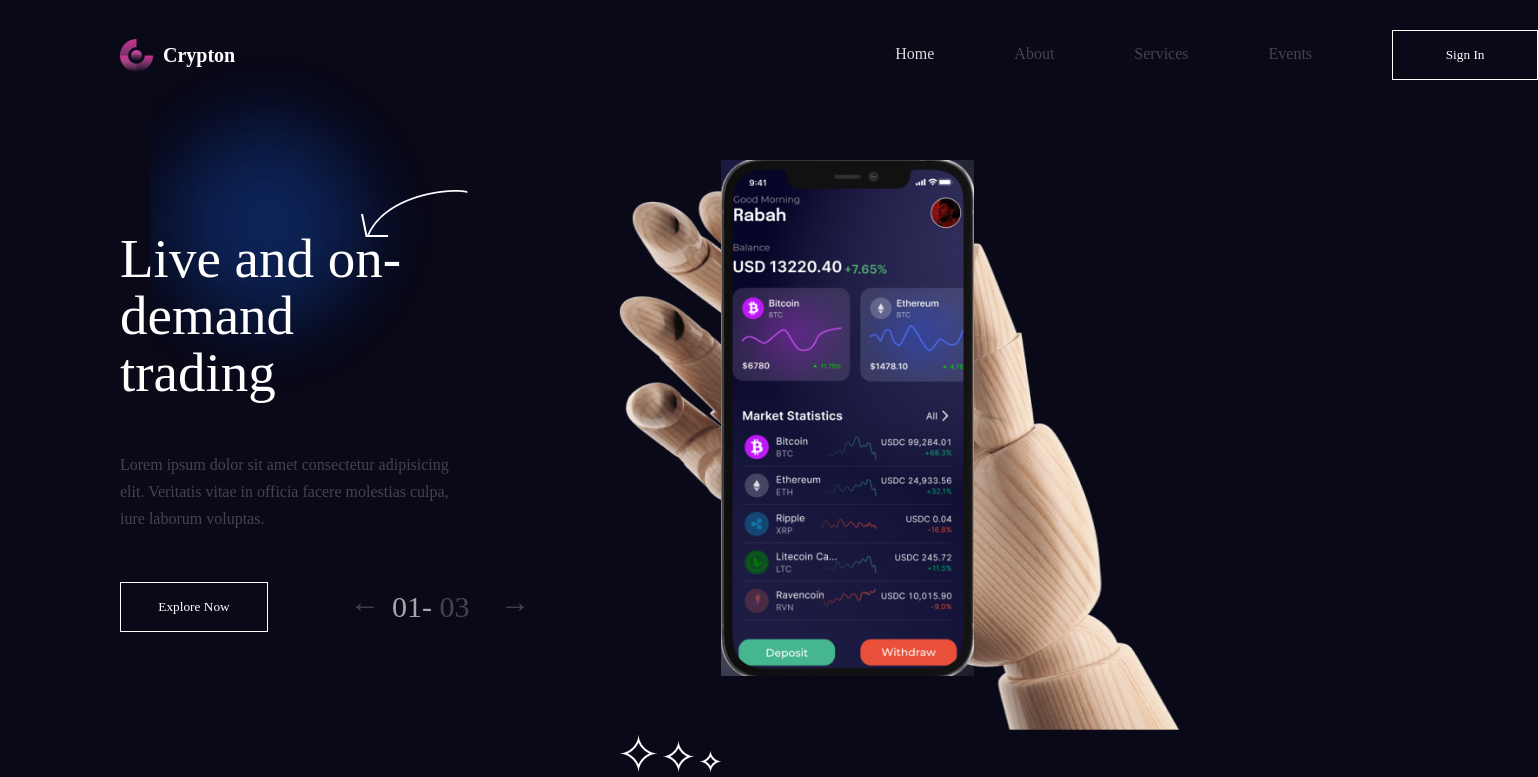
Repository: isaacCodes1/Crypton-Website
Page: index.html
An editor plug-in stored every save of this project. The page is shown before and after the next save, followed by the edit.
The browser window is 1280 px wide. The page is 1538 px wide, so the pictures cover 1538 px, including what lies to the right of the window. The pictures show the whole page.

Above is the page before, as saved 2024-05-14 21:09:27.

After the next save:
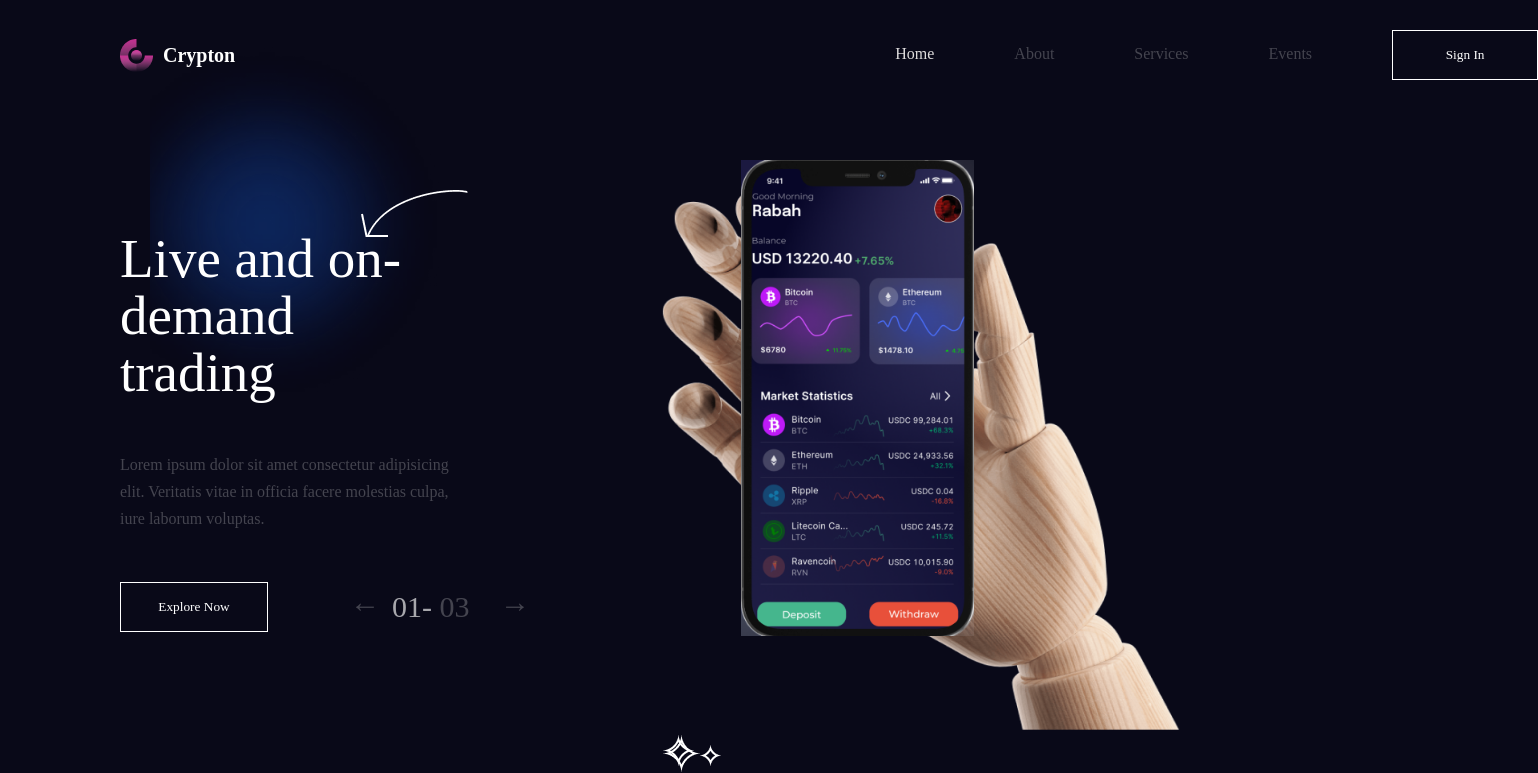
Saved 7 s later.
--- a/style.css
+++ b/style.css
@@ -147,3 +147,6 @@ body{
     top: -30px;
     width: 45%;
 }
+.five{
+    position: absolute;
+}
